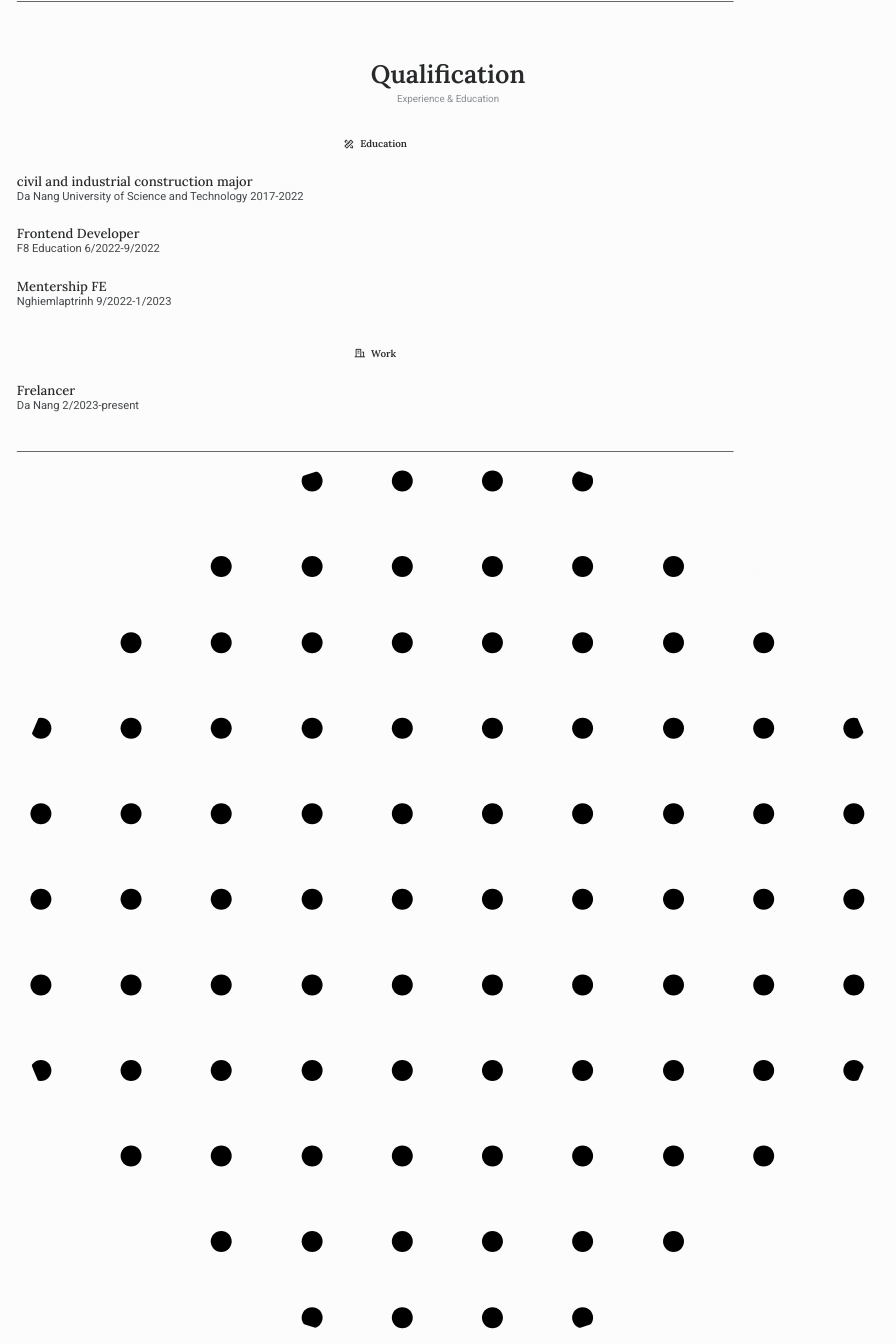
Repository: hnguyeng/myportfoliohongnguyen
Page: index.html
The author's editor kept a copy of each file at every save. The page is drawn from the files as they stood at one save, then again after the next save.
The browser window is 1280 px wide. The pictures show the part of the page from y = 3159 to 5079 px (the page is 5368 px tall before and 5432 px after), at 70% of full size.
Some web libraries are served in a nearby version.

Above is the page before, as saved 2023-07-18 16:05:49.

### index.html
<!DOCTYPE html>
<html lang="en">
<head>
    <meta charset="UTF-8">
    <meta name="viewport" content="width=device-width, initial-scale=1.0">
    <title>Document</title>
    <link rel="stylesheet" href="./assets/css/style.css">
    <!-- remixicon -->
    <link href="https://cdn.jsdelivr.net/npm/remixicon@3.4.0/fonts/remixicon.css" rel="stylesheet">
    <!-- google fonts -->
    <link rel="preconnect" href="https://fonts.googleapis.com">
    <link rel="preconnect" href="https://fonts.gstatic.com" crossorigin>
    <link href="https://fonts.googleapis.com/css2?family=Inter:wght@600&family=Lobster&family=Lora:wght@400;500;600&family=Permanent+Marker&family=Poppins:wght@300;400;500;600;700;800;900&family=Roboto:wght@400;500&display=swap" rel="stylesheet">
</head>
<body>
    <!-- header -->
    <header class="header" id="header">
        <nav class="nav container">
            <a href="#" class="nav__logo">
                HongNguyen
            </a>
            <div class="nav__menu" id="nav-menu">
                <ul class="nav__list grid">
                    <li class="nav__item">
                        <a href="#home" class="nav__link">
                            <i class="ri-home-5-line"></i> Home
                        </a>
                    </li>
                    <li class="nav__item">
                        <a href="#skills" class="nav__link">
                            <i class="ri-trophy-line"></i> Skills
                        </a>
                    </li>
                    <li class="nav__item">
                        <a href="#qualification" class="nav__link">
                            <i class="ri-book-open-line"></i> Qualification
                        </a>
                    </li>
                    <li class="nav__item">
                        <a href="#services" class="nav__link">
                            <i class="ri-briefcase-line"></i> Services
                        </a>
                    </li>
                    <li class="nav__item">
                        <a href="#projects" class="nav__link">
                            <i class="ri-briefcase-line"></i> Projects
                        </a>
                    </li>
                    <li class="nav__item">
                        <a href="#contact" class="nav__link">
                            <i class="ri-chat-3-line"></i> Contact
                        </a>
                    </li>

                </ul>
                <!-- close button -->
                <div class="nav__close" id="nav-close">
                    <i class="ri-close-line"></i>
                </div>
            </div>
            <div class="nav__buttons">
                <!-- Theme change button -->
                <!-- <i class="ri-moon-line change theme" id="theme-button"></i> -->
                <!-- Toggle button -->
                <div class="nav__toggle" id="nav-toggle">
                    <i class="ri-menu-4-line"></i>
                </div>
            </div>
        </nav>
    </header>
    <!-- main -->
    <main class="main">
        <!-- ==============HOME=============== -->
        <section class="home section" id="home">
            <div class="home__container container grid section__border">
                <div class="home__data grid">
                    <h1 class="home__title">
                        Hi, I'm Hong <br>
                        Frontend Developer <br>
                        Based in Da Nang <br>
                    </h1>
                    <div class="home__blob grid">
                        <div class="home__perfil">
                            <img src="./assets/imgs/perfil.png" alt="home perfil">
                        </div>
                        <img src="./assets/imgs/shape-wawes.svg" alt="" class="home__shape-wawes">
                        <img src="./assets/imgs/shape-circle.svg" alt="" class="home__shape-circle">
                    </div>
                    <ul class="home__social">
                        <a href="https://www.linkedin.com/in/hongnguyen22/" target="_blank" class="home__social-link">
                            <i class="ri-linkedin-box-line"></i>
                        </a>
                        <a href="https://github.com/hnguyeng" target="_blank" class="home__social-link">
                            <i class="ri-github-line"></i>
                        </a>
                        <a href="https://www.facebook.com/Hin229" target="_blank" class="home__social-link">
                            <i class="ri-facebook-circle-fill"></i>
                        </a>
                    </ul>
                </div>
                <!-- ==============HOME INFO 1=============== -->
                <div class="home__info">
                    <div>
                        <h3 class="home__info-title">
                            BIOGRAPHY
                        </h3>
                        <p class="home__info-description">
                            Hi, I'm Hong, Frontend Developer.
                            Passionate about designing beautiful web interfaces.
                        </p>
                    </div>
                    <div>
                        <h3 class="home__info-title">
                            CONTACT
                        </h3>
                        <p class="home__info-description">
                            Ngu Hanh Son, Da Nang <br>
                            quanghong22091999@gmail.com <br>
                            +84 352927756 <br>
                        </p>
                    </div>
                    <div>
                        <h3 class="home__info-title">
                            SERVICES
                        </h3>
                        <p class="home__info-description">
                            Website Design <br>
                        </p>
                    </div>
                </div>
                <!-- ==============HOME INFO 2=============== -->
                <div class="home__info">
                    <div>
                        <h3 class="home__info-title">
                            YEARS OF EXPERIENCE
                        </h3>
                        <p class="home__info-number">
                        06+
                        </p>
                    </div>
                    <div>
                        <h3 class="home__info-title">
                            COMPLETED PROJECTS
                        </h3>
                        <p class="home__info-number">
                            03+
                        </p>
                    </div>
                    <div>
                        <h3 class="home__info-title">
                            COMPANIES WOKED
                        </h3>
                        <p class="home__info-number">
                            01+
                        </p>
                    </div>
                </div>
            </div>
        </section>
        <!-- ================SKILLS=========== -->
        <section class="skills section" id="skills">
            <h2 class="section__title">Skills</h2>
            <span class="section__subtitle">My favorite skills</span>
            <div class="skills__container container grid section__border">
                <!-- ================SKILLs1=========== -->
                <div class="skills__content">
                    <h3 class="skills__title">
                        <i class="ri-braces-line"></i> Frontend Deverloper
                    </h3>

                    <div class="skills__info">
                        <div class="skills__data">
                            <div class="skills__blob">
                                <img src="./assets/imgs/html-1.svg" alt="skills image">
                            </div>

                            <h3 class="skills__name">HTML</h3>
                            <span class="skills__subtitle">Intermediate</span>
                        </div>
                    </div>
                    <div class="skills__info">
                        <div class="skills__data">
                            <div class="skills__blob">
                                <img src="./assets/imgs/css-3.svg" alt="skills image">
                            </div>
                            <h3 class="skills__name">CSS</h3>
                            <span class="skills__subtitle">Intermediata</span>
                        </div>
                    </div>
                    <div class="skills__info">
                        <div class="skills__data">
                            <div class="skills__blob">
                                <img src="./assets/imgs/logo-javascript.svg" alt="skills image">
                            </div>
                            <h3 class="skills__name">Javascript</h3>
                            <span class="skills__subtitle">Intermediate</span>
                        </div>
                    </div>
                    <div class="skills__info">
                        <div class="skills__data">
                            <div class="skills__blob">
                                <img src="./assets/imgs/react-2.svg" alt="skills image">
                            </div>
                            <h3 class="skills__name">React</h3>
                            <span class="skills__subtitle">Basic</span>
                        </div>
                    </div>
                    <div class="skills__info">
                        <div class="skills__data">
                            <div class="skills__blob">
                                <img src="./assets/imgs/git-icon.svg" alt="skills image">
                            </div>
                            <h3 class="skills__name">Git</h3>
                            <span class="skills__subtitle">Intermediate</span>
                        </div>
                    </div>
                </div>
                <!-- ================SKILLs2=========== -->
                <div class="skills__content">
                    <h3 class="skills__title">
                        <i class="ri-pantone-line"></i> web Designer
                    </h3>
                    </div>
                    <div class="skills__info">
                        <div class="skills__data">
                            <div class="skills__blob">
                                <img src="./assets/imgs/figma-1.svg" alt="skills image">
                            </div>
                            <h3 class="skills__name">Figma</h3>
                            <span class="skills__subtitle">Basic</span>
                        </div>
                    </div>
                    <div class="skills__info">
                        <div class="skills__data">
                            <div class="skills__blob">
                                <img src="./assets/imgs/adobe-xd-2.svg" alt="skills image">
                            </div>
                            <h3 class="skills__name">Adobe XD</h3>
                            <span class="skills__subtitle">Basic</span>
                        </div>
                    </div>
                    <div class="skills__info">
                        <div class="skills__data">
                            <div class="skills__blob">
                                <img src="./assets/imgs/adobe-photoshop-2.svg" alt="skills image">
                            </div>
                            <h3 class="skills__name">Adobe Photoshp</h3>
                            <span class="skills__subtitle">Basic</span>
                        </div>
                    </div>
                </div>
            </div>
        </section>
        <!-- =============QUALIFICATION============= -->
        <section class="qualification section" id="qualification">
            <h2 class="section__title">Qualification</h2>
            <span class="section__subtitle">Experience & Education</span>

            <div class="qualifiation__container container grid section__border">
                <!-- =============QUALIFICATION 1============= -->
                <div class="qualification__content">
                    <h3 class="qualification__title">
                        <i class="ri-pencil-ruler-2-line"></i>Education
                    </h3>

                    <div class="qualification__info">
                        <div>
                            <h3 class="qualification__name">
                                civil and industrial construction major
                            </h3>
                            <span class="qualification__country">Da Nang University of Science and Technology</span>
                            <span class="qualification__year">2017-2022</span>
                        </div>

                        <div>
                            <h3 class="qualification__name">
                                Frontend Developer
                            </h3>
                            <span class="qualification__country">F8 Education</span>
                            <span class="qualification__year">6/2022-9/2022</span>
                        </div>

                        <div>
                            <h3 class="qualification__name">
                                Mentership FE
                            </h3>
                            <span class="qualification__country">Nghiemlaptrinh</span>
                            <span class="qualification__year">9/2022-1/2023</span>
                        </div>
                    </div>
                </div>
                 <!-- =============QUALIFICATION 2============= -->
                 <div class="qualification__content">
                    <h3 class="qualification__title">
                        <i class="ri-building-line"></i> Work
                    </h3>

                    <div class="qualification__info">
                        <div>
                            <h3 class="qualification__name">
                                Frelancer
                            </h3>
                            <span class="qualification__country">Da Nang</span>
                            <span class="qualification__year">2/2023-present</span>
                        </div>
                    </div>
                </div>
            </div>
            <img src="./assets/imgs/shape-circle.svg" alt="qualification image" class="qualiication__img">
        </section>
        <!-- =====================SERVICES================= -->
        <section class="services section" id="servives"></section>
        <!-- ====================PROJECTS=================== -->
        <section class="projects section" id="projects"></section>
        <!-- ===============TESTIMONIAL============== -->
        <section class="testimonial section"></section>
    </main>

    <script src="./assets/js/main.js"></script>
</body>
</html>

### assets/css/style.css
/* =============VARIABLES CSS============ */
:root {
    --header-height: 3.5rem;
    /* ========= Colors ========== */
    /*Colors mode HSL(hue, saturation, lightness)*/
    --first-color: hsl(207, 65%, 65%);
    --title-color: hsl(207, 4%, 16%);
    --text-color: hsl(207, 4%, 28%);
    --text-color-light: hsl(207, 4%, 56%);
    --body-color: hsl(207, 4%, 99%);
    --container-color: hsl(207, 4%, 95%);
    /* Change the first number */
    /* Blue: 207 - Purple: 250 - Pink: 356 - Teal: 174 */
    --gradient-color: linear-gradient(180deg,
                         hsla(207, 48%, 72%, 0),
                         hsla(207, 65%, 65%, 1));
    /* ========== Font and typography ========== */
    /*.5rem = 8px | 1rem = 16px ... */
    --body-font: 'Roboto', sans-serif;
    --title-font: 'Lora', serif;
    --biggest-font-size: 1.5rem;
    --h1-font-size: 1.5rem;
    --h2-font-size: 1.25rem;
    --h3-font-size: 1rem;
    --normal-font-size:.938rem;
    --small-font-size:.813rem;
    --smaller-font-size:.75rem;
    --tiny-font-size:.625rem;
    /* ==========Font weight======== */
    --font-medium: 500;
    --font-semi-bold: 600;
    /* ===========z index======== */
    --z-normal: 1;
    --z-tooltip: 10;
    --z-fixed: 100;
}
/* Reponsive typographt */
@media screen and (min-width: 1024px) {
    :root {
        --biggest-font-size: 3rem;
        --h1-font-size: 2.25rem;
        --h2-font-size: 1.rem;
        --h3-font-size: 1.25rem;
        --normal-font-size: 1rem;
        --small-font-size: .875rem;
        --smaller-font-size: .813rem;
        --tiny-font-size: .688rem;
    }
}
/* ===============BASE============= */
*{
    margin: 0;
    padding: 0;
    box-sizing: border-box;
}
html{
    scroll-behavior: smooth;
}
body{
    font-family: var(--body-font);
    font-size: var(--normal-font-size);
    background-color:var(--body-color);
    color: var(--text-color);
}
h1,h2,h3{
    color: var(--title-color);
    font-family: var(--title-font);
    font-weight: var(--font-medium);
}
ul{
    list-style: none;
}
a{
    text-decoration: none;
}
img{
    width: 100%;
    height: auto;
}
/* ===========REUSABLE CSS CLASSES============ */
.container{
    max-width: 1024px;
    margin-inline: 1.5rem;
}
.grid{
    display: grid;
    gap: 1.5rem;
}
.section{
    padding-block: 2.5rem;
}
.section__border{
    border-bottom: 1px solid var(--title-color);
    padding-bottom: 3.5rem;
}
.section__title,
.section__subtitle{
    text-align: center;
}
.section__title{
    font-size: var(--h1-font-size);
    font-weight: var(--font-semi-bold);
    margin-bottom: .25rem;
}
.section__subtitle{
    display: block;
    font-size: var(--small-font-size);
    color: var(--text-color-light);
    margin-bottom: 3rem;
}
.main{
    overflow: hidden;
}
/* ============= HEADER AND NAV ============ */
.header{
    width: 100%;
    position: fixed;
    bottom: 2rem;
    left: 0;
    z-index: var(--z-fixed);
}
.nav{
    height: calc(var(--header-height) + .5rem);
    display: flex;
    justify-content: space-between;
    align-items: center;
    background-color: var(--body-color);
    box-shadow: 0 4px 20px hsla(207, 24%, 35%, .1);
    padding-inline: 1.5rem;
    border-radius: 3rem;
}
.nav__logo,
.nav__toggle,
.nav__close{
    color: var(--title-color);
}
.nav__logo{
    font-weight: var(--font-medium);
    font-family: var(--title-font);
}
.nav__toggle{
    display: flex;
    font-size: 1.25rem;
    cursor: pointer;
}
@media screen and (max-width:1023px) {
    .nav__menu{
        position: fixed;
        width: 88%;
        right: 0;
        left: 0;
        bottom: -60%;
        margin: 0 auto;
        background-color: var(--body-color);
        box-shadow: 0 4px 20px hsla(207, 24%, 35%, .1);
        padding: 2rem 1.5rem 5rem;
        border-radius: 2rem;
        transition: bottom .3s;
    }
}
.nav__list{
    grid-template-columns: repeat(3, max-content);
    justify-content: center;
    gap: 2rem 3rem;
}
.nav__link{
    display: flex;
    flex-direction: column;
    align-items: center;
    row-gap: .25rem;
    font-size: var(--smaller-font-size);
    color: var(--text-color-light);
    transition: color .3s;
}
.nav__link:hover{
    color: var(--title-color);
}
.nav__link i{
    font-size: 1.25rem;
}
.nav__close{
    position: absolute;
    right: 1.5rem;
    bottom: .7rem;
    font-size: 1.5rem;
    cursor: pointer;
}
/* Show menu  */
.show-menu{
    bottom: 2rem;
}
/* Active link  */
/* =================HOME=============== */
.home__container{
    row-gap: 4rem;
    padding-top: 2rem;
}
.home__data{
    row-gap: 1.5rem;
}
.home__title{
    text-align: center;
    font-size: var(--biggest-font-size);
    letter-spacing: .3px;
    margin-bottom: .5rem;
}
.home__blob{
    position: relative;
    width: 200px;
    height: 290px;
    background-color: var(--body-color);
    border: 2px solid var(--text-color-light);
    justify-self: center;
    border-radius: 6.25rem;
    place-items: center;
}
.home__perfil{
    width: 170px;
    height: 260px;
    background: var(--gradient-color);
    border-radius: 5.5rem;
    overflow: hidden;
    display: flex;
    justify-content: center;
    align-items: flex-end;
}
.home__perfil img{
    height: 260px;
    object-fit: cover;
}
.home__shape-wawes,
.home__shape-circle{
    position: absolute;
    opacity: .1;
}
.home__shape-wawes{
    width: 50px;
    left: -1.5rem;
    top: 5rem;
}
.home__shape-circle{
    width: 150px;
    bottom: -2rem;
    right: -3rem;
    transform: rotate(15deg);
    z-index: -1;
}
.home__social{
    justify-self: center;
    display: flex;
    column-gap: 1.25rem;
}
.home__social-link{
    font-size: 1.25rem;
    color: var(--text-color-light);
    transition: color .3s;
}
.home__social-link:hover{
    color: var(--title-color);
}
.home__info{
    display: grid;
    row-gap: 2rem;
}
.home__info-title{
    font-size: var(--smaller-font-size);
    font-family: var(--body-font);
    font-weight: 400;
    color: var(--text-color-light);
    margin-bottom: 1rem;
}
.home__info-description,
.home__info-number{
    font-family: var(--title-font);
    color: var(--title-color);
}
.home__info-description{
    padding-right: 4rem;
}
.home__info-number{
    font-weight: var(--font-semi-bold);
    font-size: var(--h1-font-size);
}
/* ================skills============= */
.skills__container{
    row-gap: 3.5rem;
}
.skills__title{
    display: flex;
    justify-content: center;
    align-items: center;
    column-gap: .5rem;
    font-size: var(--small-font-size);
    font-weight: var(--font-semi-bold);
    margin-bottom: 2.5rem;
}
.skills__title i{
    font-size: 1rem;
    font-weight: initial;
}
.skills__info,
.skills__data,
.skills__blob{
    display: grid;
}
.skills__info{
    grid-template-columns: repeat(3, 1fr);
    gap: 2.5rem 2rem;
}
.skills__data{
    justify-content: center;
    text-align: center;
}
.skills__blob{
    width: 80px;
    height: 100px;
    background-color: var(--container-color);
    border-radius: 3rem;
    place-items: center;
    margin-bottom: 1rem;
}
.skills__blob img{
    width: 40px;
}
.skills__name{
    font-size: var(--small-font-size);
    margin-bottom:.25rem;
}
.skills__subtitle{
    font-size: var(--tiny-font-size);
    color: var(--text-color-light);
}
/* animation skills  */
.skills__blob:hover img{
    animation: bounce-skills .6s;
}
@keyframes bounce-skills{
    0%{
        transform: translate(0);
    }
    20%{
        transform: translateY(-6px);
    }
    40%{
        transform: translate(0);
    }
    60%{
        transform: translateY(-3px);
    }
    80%{
        transform: translate(0);
    }
}
/* =====================QUALIFICATION==================== */
.qualification{
    position: relative;
}
.qualifiation__container{
    row-gap: 3.5rem;
}
.qualification__title{
    display: flex;
    justify-content: center;
    align-items: center;
    column-gap: .5rem;
    font-size: var(--small-font-size);
    font-weight: var(--font-semi-bold);
    margin-bottom: 2rem;
}
.qualification__title i{
    font-size: 1rem;
    font-weight: initial;
}
.qualification__info{
    display: grid;
    row-gap: 2rem;
}

Loaded but not shown: assets/js/main.js (29 lines, source omitted)

After the next save:
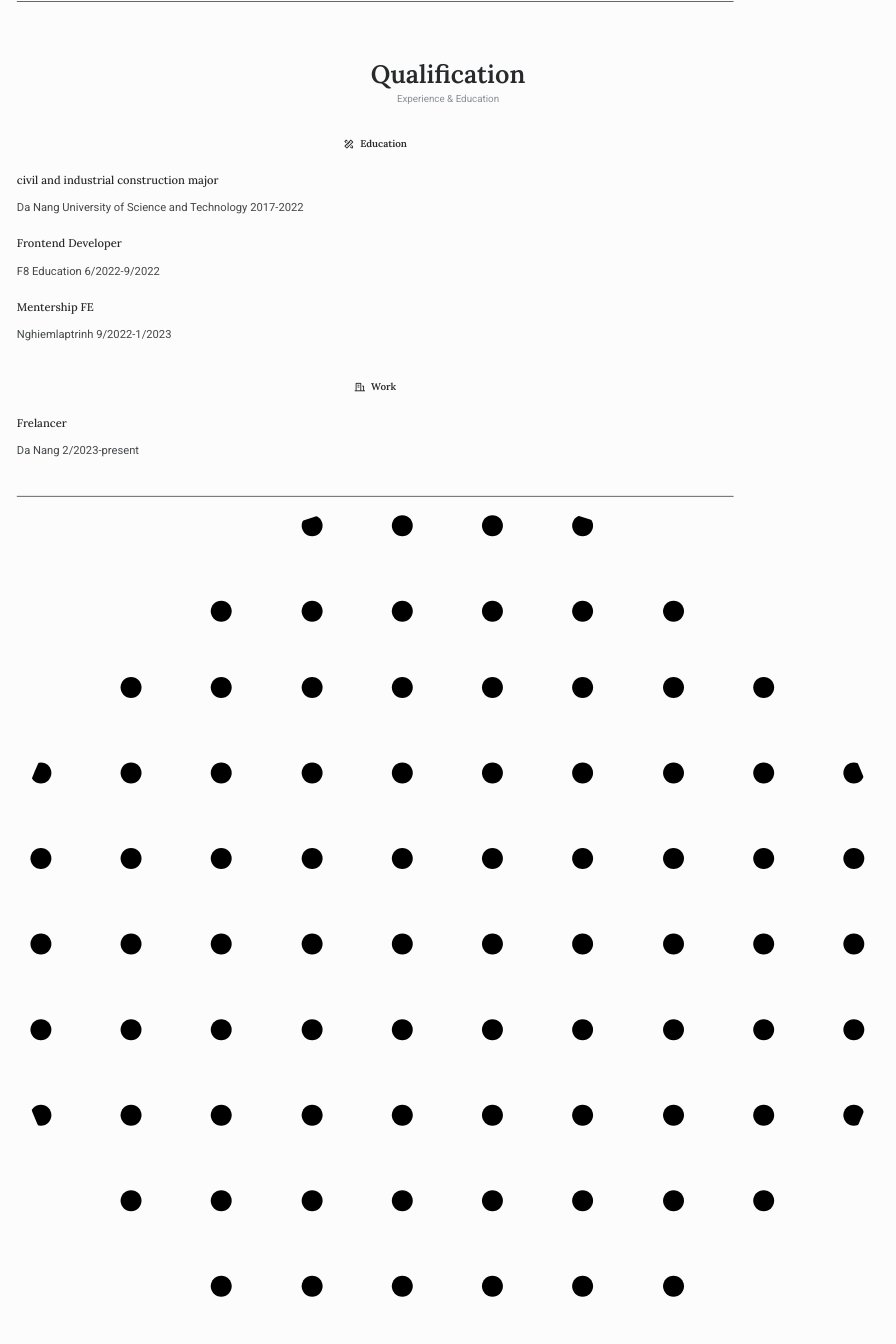
Saved 83 s later.
--- a/assets/css/style.css
+++ b/assets/css/style.css
@@ -375,3 +375,7 @@ img{
     display: grid;
     row-gap: 2rem;
 }
+.qualification__name{
+    font-size: var(--normal-font-size);
+    margin-bottom: 1.25rem;
+}
